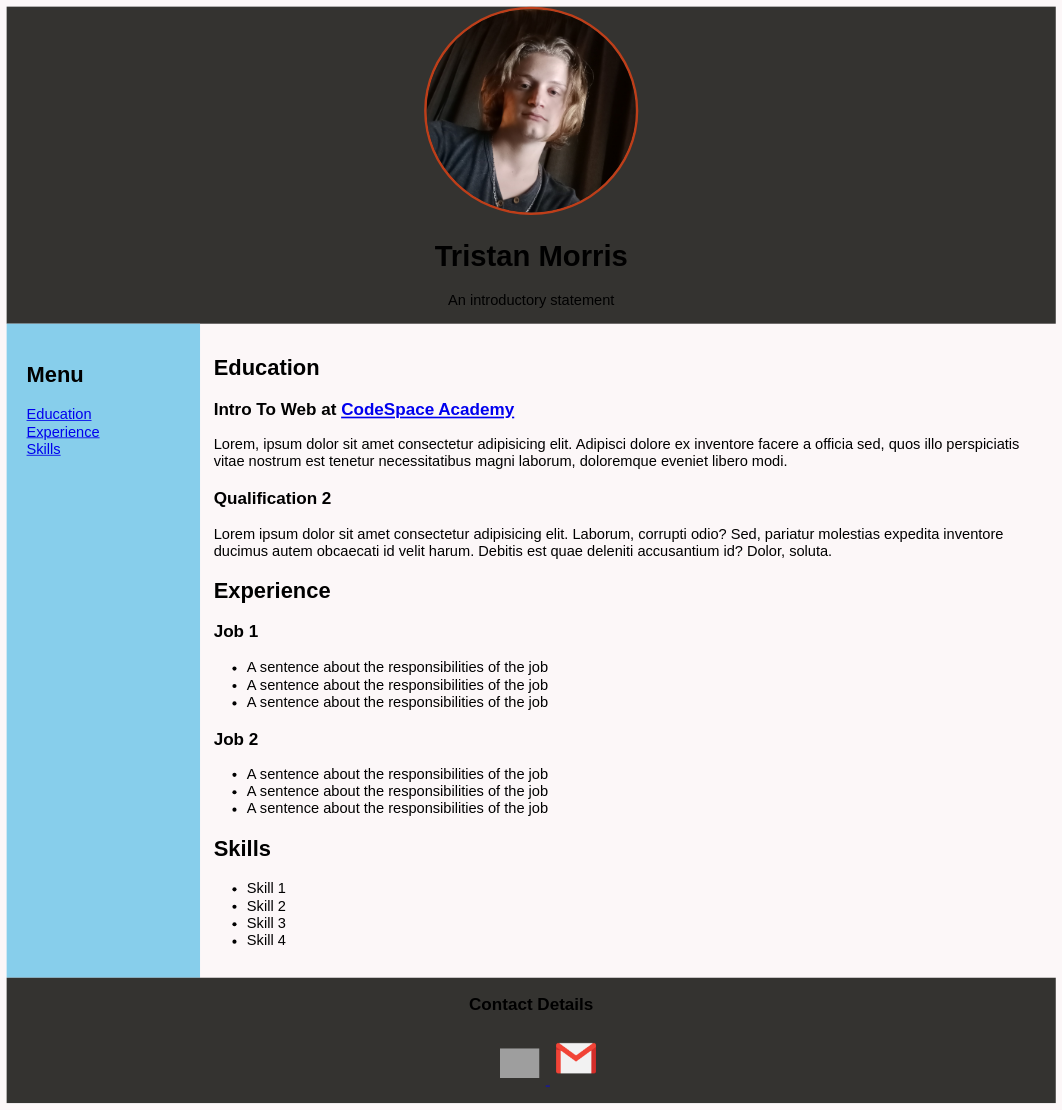
Repository: TristanKMorris/introToWebDesignAssignment
Page: resume1.html
The author's editor kept a copy of each file at every save. The page is drawn from the files as they stood at one save, then again after the next save.
The browser window is 1280 px wide. The pictures show the whole page, at 83% of full size.
Pictures or frames that could not be fetched are drawn as grey boxes.

Above is the page before, as saved 2022-06-02 21:03:50.

### resume1.html

<!DOCTYPE html>
<html
  <head>
    <title>My first web page</title>

    <link rel="stylesheet" type="text/css" href="css/stylesheet.css">

  </head>

  <body>

   <header id="heading">
        <img src="images/tristanPortrait.jpg" alt="Tristan Morris Portrait" id="profilePhoto"/>

      <h1>Tristan Morris</h1>
        <p>An introductory statement</p>

    </header>

    <main class="main">

      <div id="sidebar">

        <nav>

          <h2>Menu</h2>

           <ul class="navMenu">
              <li><a href="#education">Education</a></li>
              <li><a href="#experience">Experience</a></li>
              <li><a href="#skills">Skills</a></li>
            </ul>

        </nav>

      </div>

        <div class="content">

          <h2 id="education">Education</h2>

            <h3>Intro To Web at <a href="http://codespace.co.za/" target="_blank">CodeSpace Academy</a> </h3>

             <p>
               Lorem, ipsum dolor sit amet consectetur adipisicing elit. Adipisci dolore
               ex inventore facere a officia sed, quos illo perspiciatis vitae nostrum
               est tenetur necessitatibus magni laborum, doloremque eveniet libero modi.
             </p>

            <h3>Qualification 2</h3>

             <p>
                Lorem ipsum dolor sit amet consectetur adipisicing elit. Laborum, corrupti
                odio? Sed, pariatur molestias expedita inventore ducimus autem obcaecati
                id velit harum. Debitis est quae deleniti accusantium id? Dolor, soluta.
              </p>

          <h2 id="experience">Experience</h2>

            <h3>Job 1</h3>

            <ul>

              <li>A sentence about the responsibilities of the job</li>
              <li>A sentence about the responsibilities of the job</li>
              <li>A sentence about the responsibilities of the job</li>

            </ul>

            <h3>Job 2</h3>

            <ul>

              <li>A sentence about the responsibilities of the job</li>
              <li>A sentence about the responsibilities of the job</li>
              <li>A sentence about the responsibilities of the job</li>

            </ul>

          <h2 id="skills">Skills</h2>

            <ul>
              <li>Skill 1</li>
              <li>Skill 2</li>
              <li>Skill 3</li>
              <li>Skill 4</li>
            </ul>

        </div>

    </main>

    <footer>

      <h3>Contact Details</h3>
      <ul>
          <a href="http://www.instagram.com/tristan_k_morris" target="_blank">
           <img class="icons" src="images/instagramIcon.png" alt="Tristan Morris Instagram">

          </a>

          <a href="http://mail.google.com" target="_blank">
           <img class="icons" src="images/gmailIcon.png" alt="Tristan Morris Email">

          </a>

      </ul>

    </footer>


  </body>
</html>

### css/stylesheet.css
body{
  font-family: sans-serif;
  font-size:110%;
  background-color: #FCF7F8;
  display: flex;
  flex-direction: column;
}

.main{
  display: flex;
  flex-direction: row;
  overflow: unset;
}

#profilePhoto{
  width: 20%;
  height: 20%;
  border-radius: 50%;
  border: 3px solid #ff4410ad;
}

header {
  text-align: center;
  justify-content: center;
}
#heading{
  font-family: sans-serif;
  font: size 110%;
  background-color: #343330;
}

footer {
  background-color: #343330;
  text-align: center;
}
#sidebar{
  width: 25%;
  background-color: skyblue;
  padding: 1.5rem;
  color: black;
}
.navMenu{
  list-style-type: none;
  padding: 0%;
}

.icons{
  width: 3rem;
  margin: 0.5rem;
  height: auto;
}

.content{
  width: auto;
  margin: 1rem;
  height: auto;
}

After the next save:
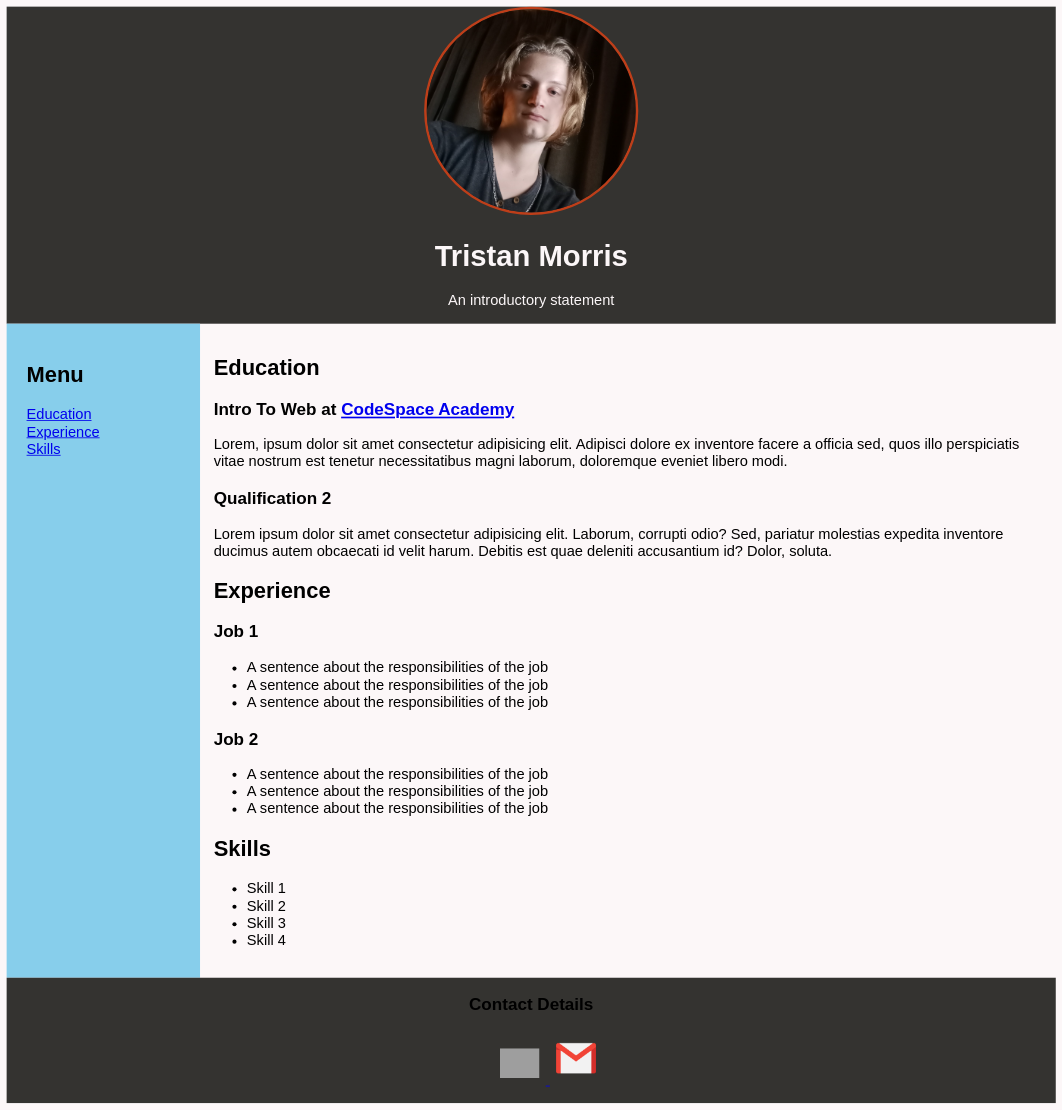
Saved 3 min 0 s later.
--- a/css/stylesheet.css
+++ b/css/stylesheet.css
@@ -27,6 +27,7 @@ header {
   font-family: sans-serif;
   font: size 110%;
   background-color: #343330;
+  color: #FCF7F8;
 }
 
 footer {
